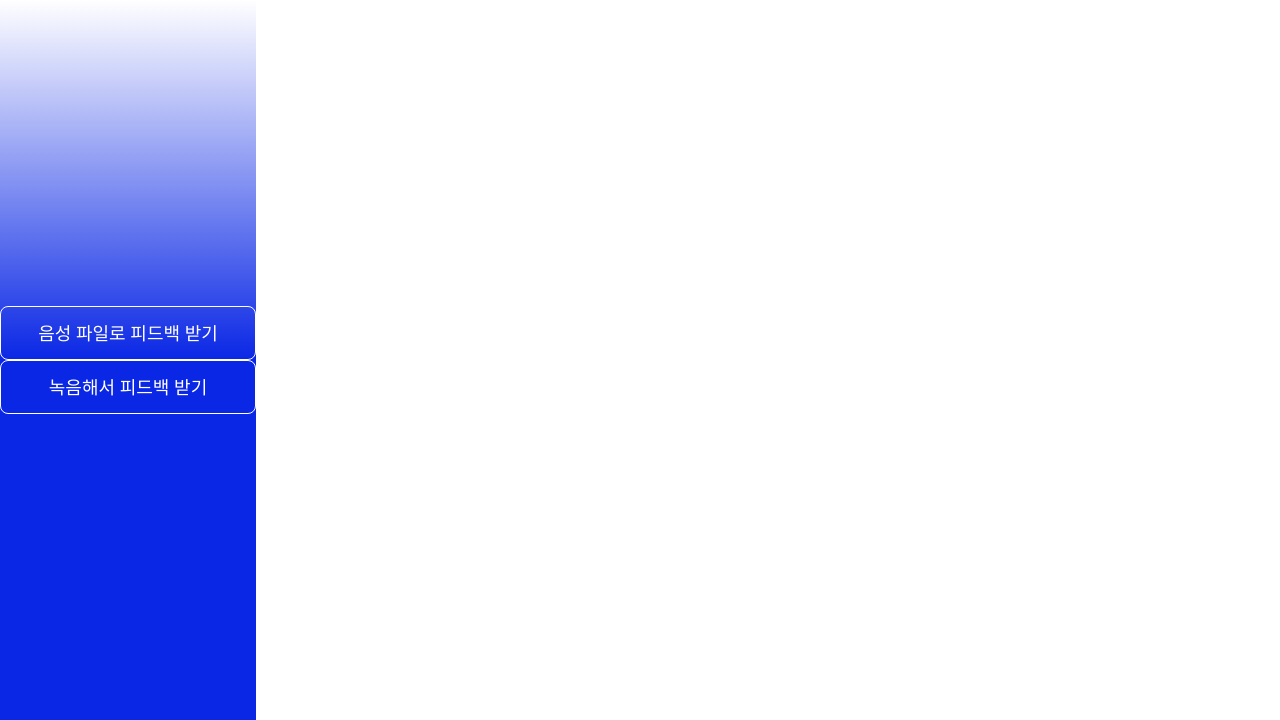
Repository: yurim1205/mini_front
Page: / (app in frontend/)
An editor plug-in stored every save of this project. The page is shown before and after the next save, followed by the edit.
The browser window is 1280 px wide. The pictures show the whole page.
The project was rebuilt for these pictures with package versions that can differ from the ones it lists, and the page was loaded fresh each time. Also part of the build but not shown: frontend/vite.config.js.

Above is the page before, as saved 2025-05-13 15:25:58.

After the next save:
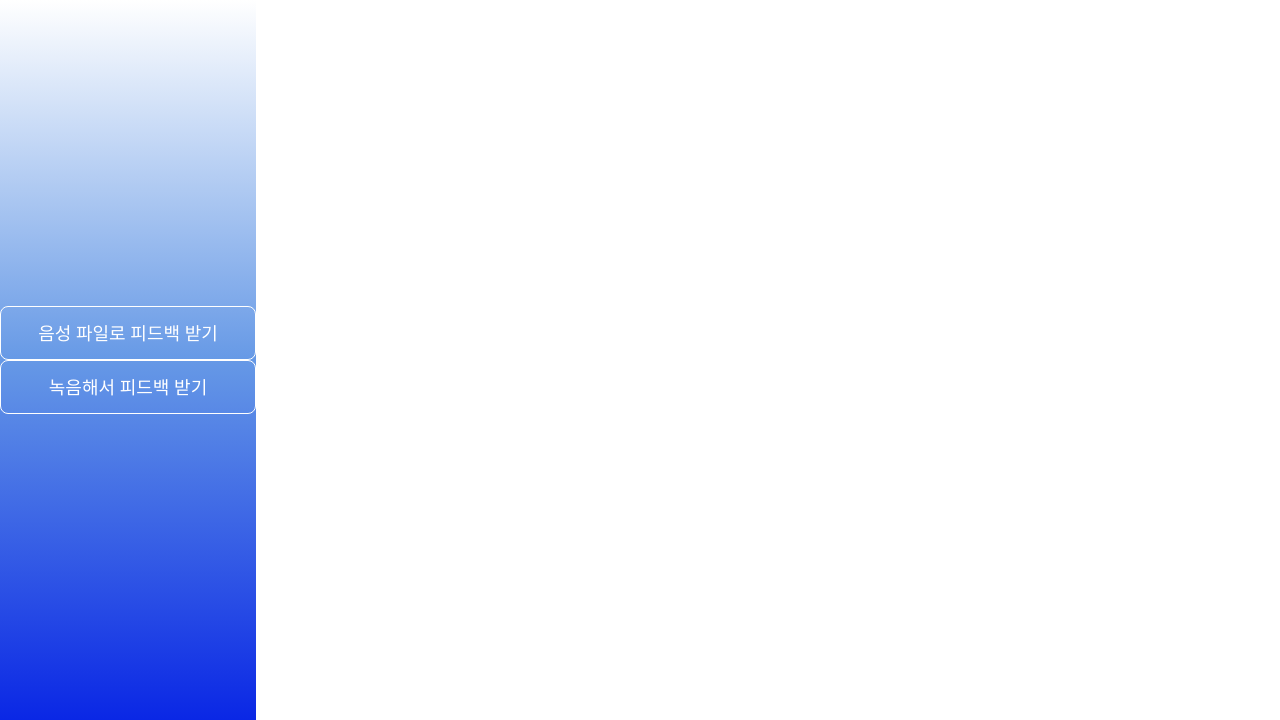
Saved 48 s later.
--- a/frontend/tailwind.config.js
+++ b/frontend/tailwind.config.js
@@ -7,7 +7,7 @@
     theme: {
       extend: {
         colors:{
-          'main-top': '#0A27E5',
+          'main-top': '#6699E6',
           'main-bottom': '#0A27E5',
         }
       },
